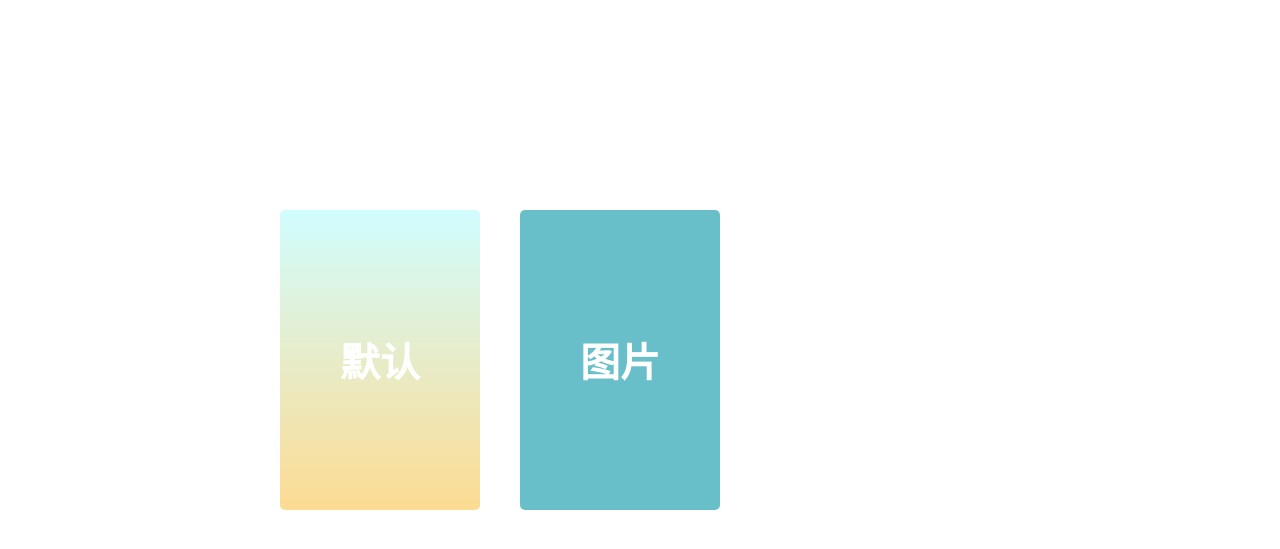
Repository: gyypwrs/css-practice
Page: DIY-cursor/index.html
These files come from the project's save history. The page is drawn as it stood at one moment and after the next save; the edit follows.
The browser window is 1280 px wide. The pictures show the whole page.

Above is the page before, as saved 2022-05-06 11:56:49.

### DIY-cursor/index.html
<!--
 * @Descripttion:
 * @version:
 * @Author: Hongyu
 * @Date: 2022-05-06 10:36:30
 * @LastEditors: Hongyu
 * @LastEditTime: 2022-05-06 11:56:49
-->
<!DOCTYPE html>
<html>
  <head>
    <title></title>
    <style type="text/css">
      html,body{
        height: 100%
      }
      body {
        margin: 0;
        padding: 0;
        overflow: hidden;
        display: flex;
      }
      .root {
        margin: auto;
        display: flex;
        justify-content: space-around;
      }
      .box {
        display: flex;
        height: 300px;
        width: 200px;
        margin-right:40px ;
        border-radius: 5px;
      }
      .box1 {
        background-image: linear-gradient(to top, #fddb92 0%, #d1fdff 100%);
      }
      .box2 {
        background-color: #68bfc9;
        cursor:url('./cat(1).jpg'), default;
      }
      .box3 {
        cursor: url("data:[embedded picture, 174 characters]"), auto;
      }

      p {
        margin: auto;
        color: #fff;
        font-weight: 800;
        font-size: 40px;
      }

  </style>
  </head>
  <body>
    <div class="root">
      <div class="box box1">
        <p>默认</p>
      </div>
      <div class="box box2">
        <p>图片</p>
      </div>
      <div class="box box3">
        <p>emoji</p>
      </div>
    </div>
  </body>
</html>

After the next save:
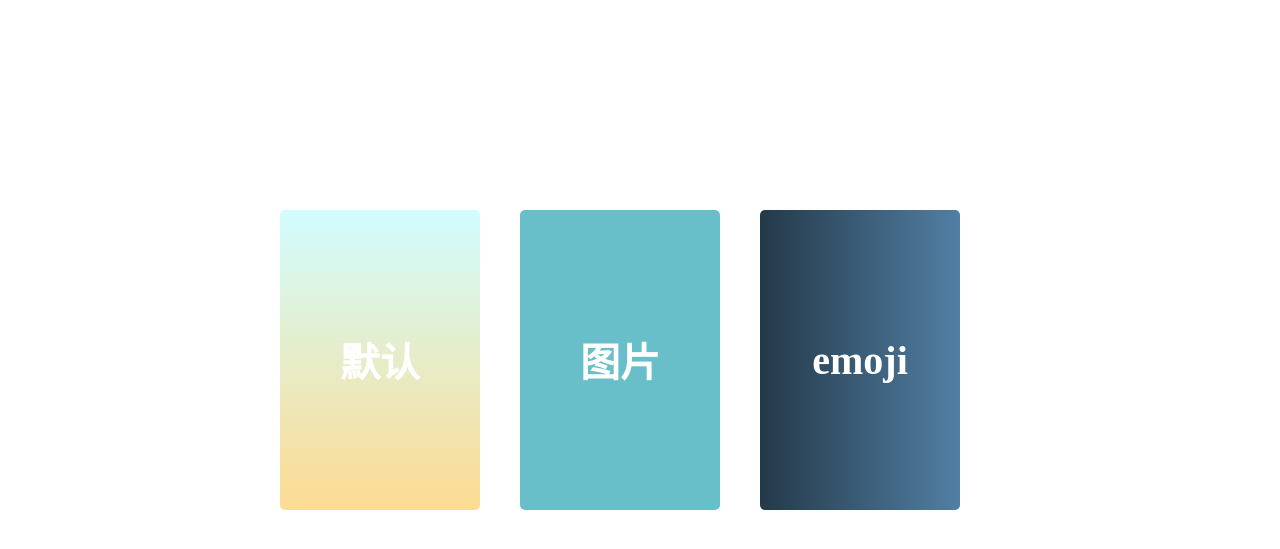
Saved 54 s later.
--- a/DIY-cursor/index.html
+++ b/DIY-cursor/index.html
@@ -40,6 +40,7 @@
         cursor:url('./cat(1).jpg'), default;
       }
       .box3 {
+        background-image: linear-gradient(to right, #243949 0%, #517fa4 100%);
         cursor: url("data:[embedded picture, 174 characters]"), auto;
       }
 
